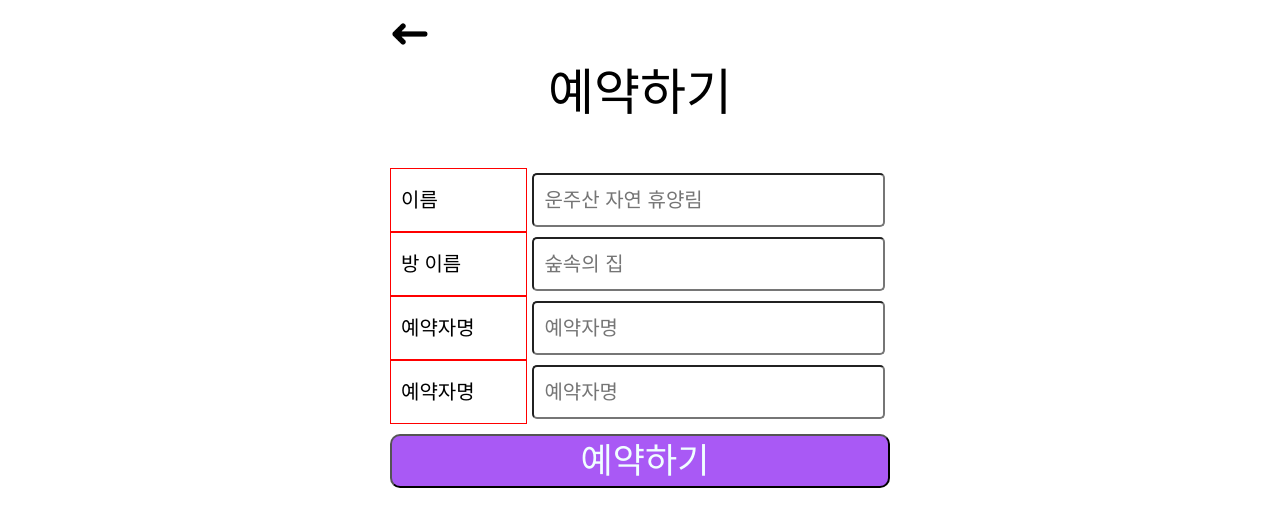
Repository: jaehunjeong4103/WebProject
Page: http://localhost/Web/view/reservation/reservation
An editor plug-in stored every save of this project. The page is shown before and after the next save, followed by the edit.
The browser window is 1280 px wide. The pictures show the whole page.
Some web fonts or font styles are not loaded; a fallback is used. The page is served by Tomcat 9.

Above is the page before, as saved 2023-06-06 01:31:20.

After the next save:
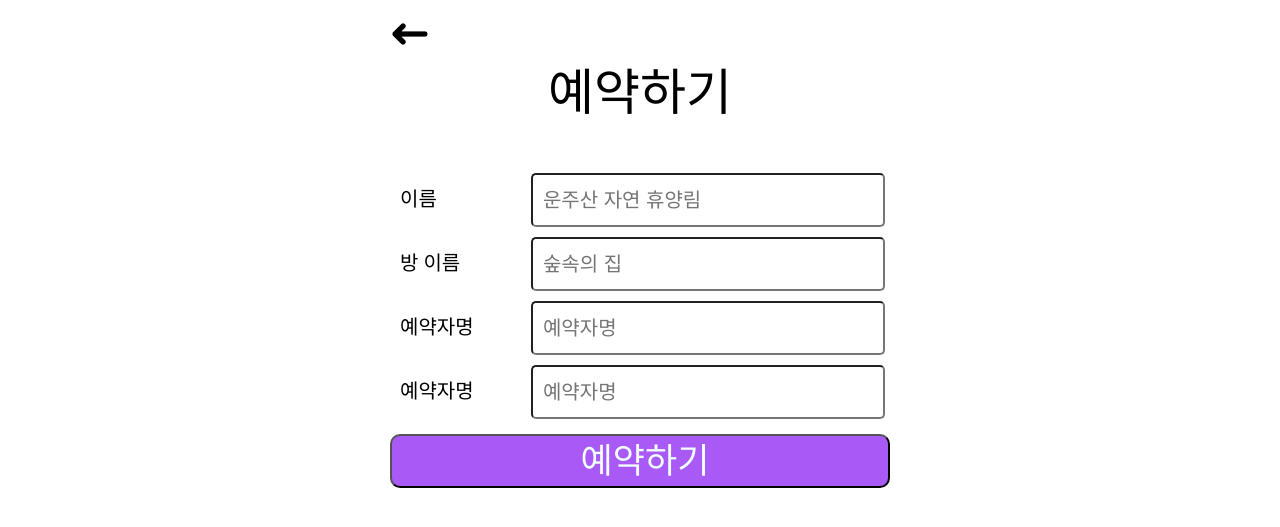
Saved 16 s later.
--- a/Web/src/main/webapp/css/reservation.css
+++ b/Web/src/main/webapp/css/reservation.css
@@ -115,7 +115,6 @@ a.reserbation {
 	font-size: 20px;
 	padding-left: 10px;
 	line-height: 62px;
-	border: 1px solid red;
 }
 
 .input {
